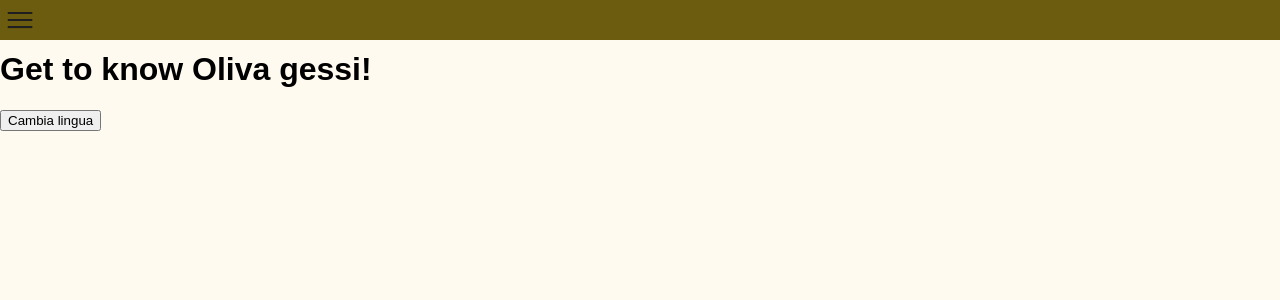
Repository: Seaside-Jokers/Oliva-gessi
Page: index.html
These files come from the project's save history. The page is drawn as it stood at one moment and after the next save; the edit follows.
The browser window is 1280 px wide. The pictures show the whole page.

Above is the page before, as saved 2026-02-16 19:36:00.

After the next save:
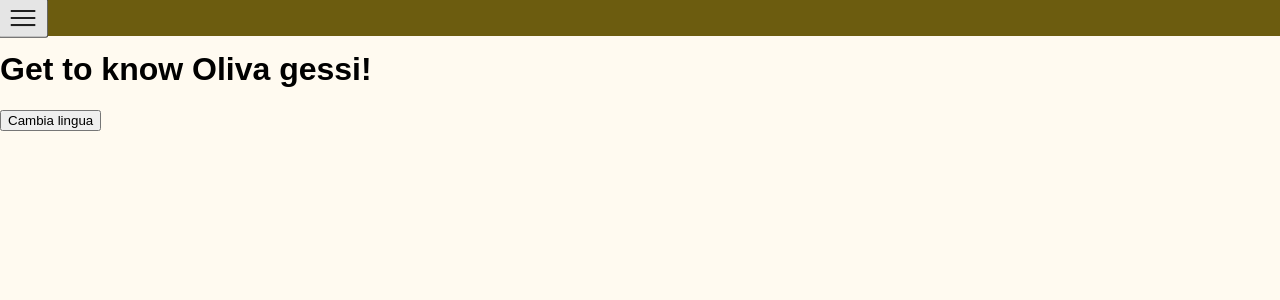
Saved 6 s later.
--- a/src/style.css
+++ b/src/style.css
@@ -27,6 +27,7 @@
     height: auto;
     display: block;
 }
+.icona
 
 button.btn-menu {
     background: none;

After the 2 saves that followed:
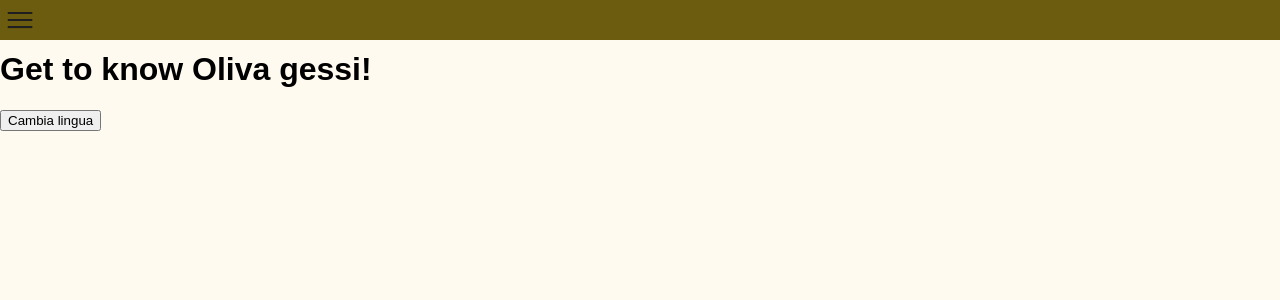
The 2 saves are shown as one change because they came seconds apart.
The last was saved 12 s later.
--- a/src/style.css
+++ b/src/style.css
@@ -27,7 +27,9 @@
     height: auto;
     display: block;
 }
-.icona
+.icona-menu.icona-menu:clicked {
+    background-color: var(--colors-secondary);
+}
 
 button.btn-menu {
     background: none;
